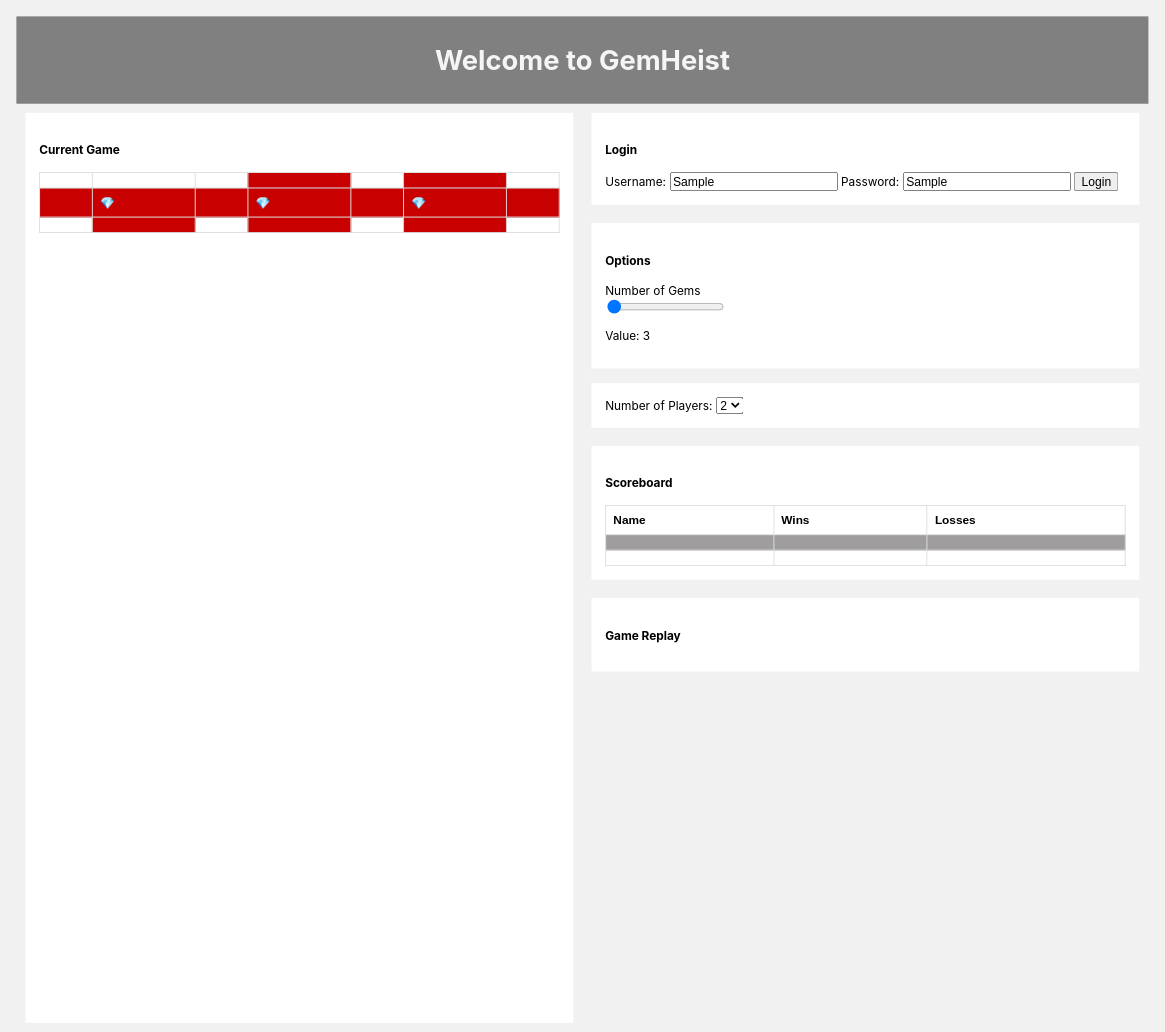
Repository: komalharjani/Gem-Heist
Page: board.html
The author's editor kept a copy of each file at every save. The page is drawn from the files as they stood at one save, then again after a run of saves.
The browser window is 1280 px wide. The pictures show the whole page, at 91% of full size.
Empty fields were first filled with sample values (such as "Sample", 5 or name@example.com).
After loading, the first visible `td.alarm` was clicked once.

Above is the page before, as saved 2020-04-09 12:56:09.
Console error: TypeError: Cannot read properties of undefined (reading '1')

After the next 2 saves:
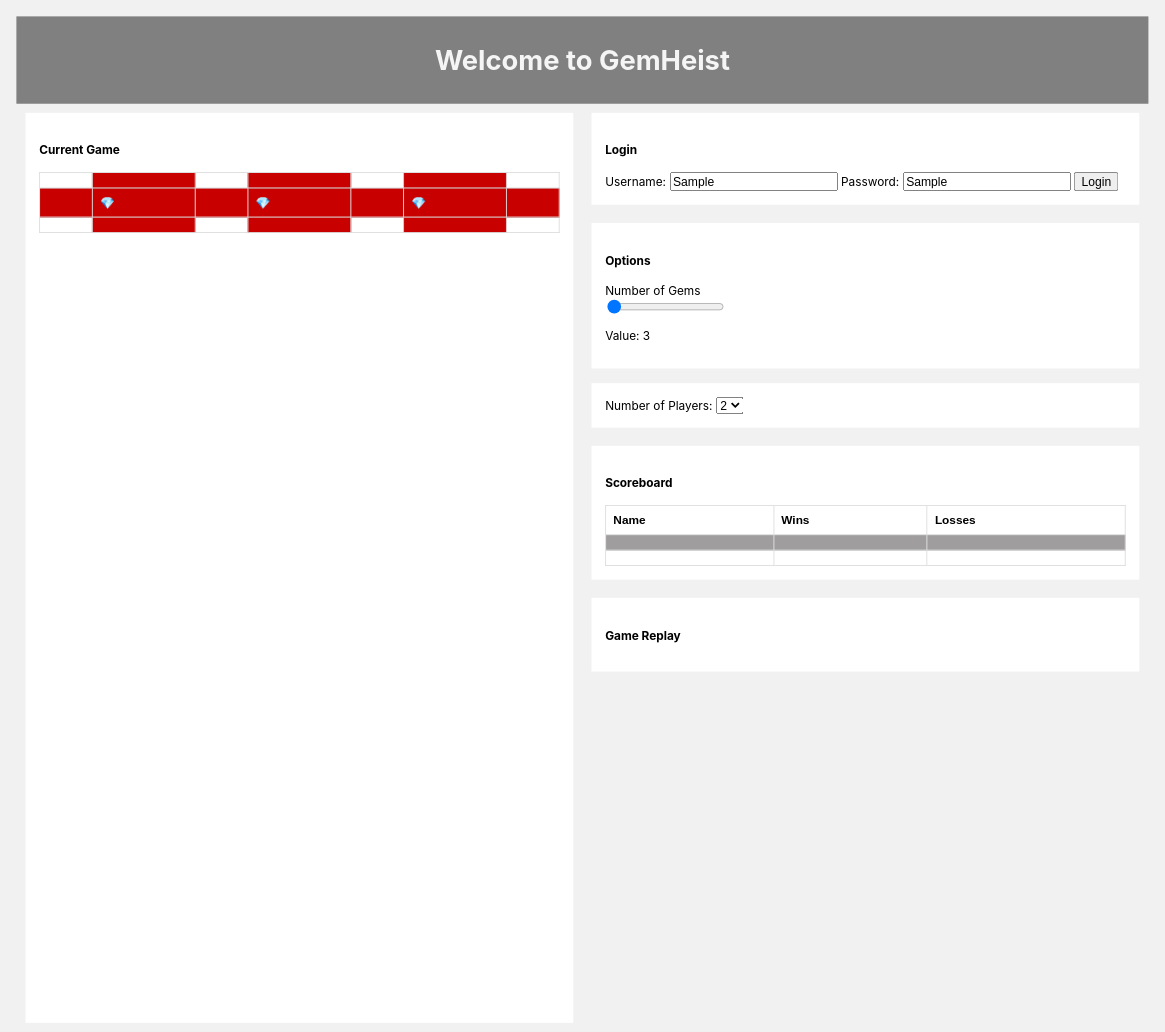
The 2 saves are shown as one change because they came seconds apart.
The last was saved 7 s later.
--- a/model_Board.js
+++ b/model_Board.js
@@ -58,7 +58,7 @@ function drawBoard() {
                  if (j % 2 || i % 2) {
                 cell.className = "alarm";
                 cell.addEventListener('click', function (event) { //disable after clicked + how to pass row and col
-                    this.className = "grey";
+                    this.className = "alarm";
                     captureAlarm(this);
                     event.preventDefault();
                 })
